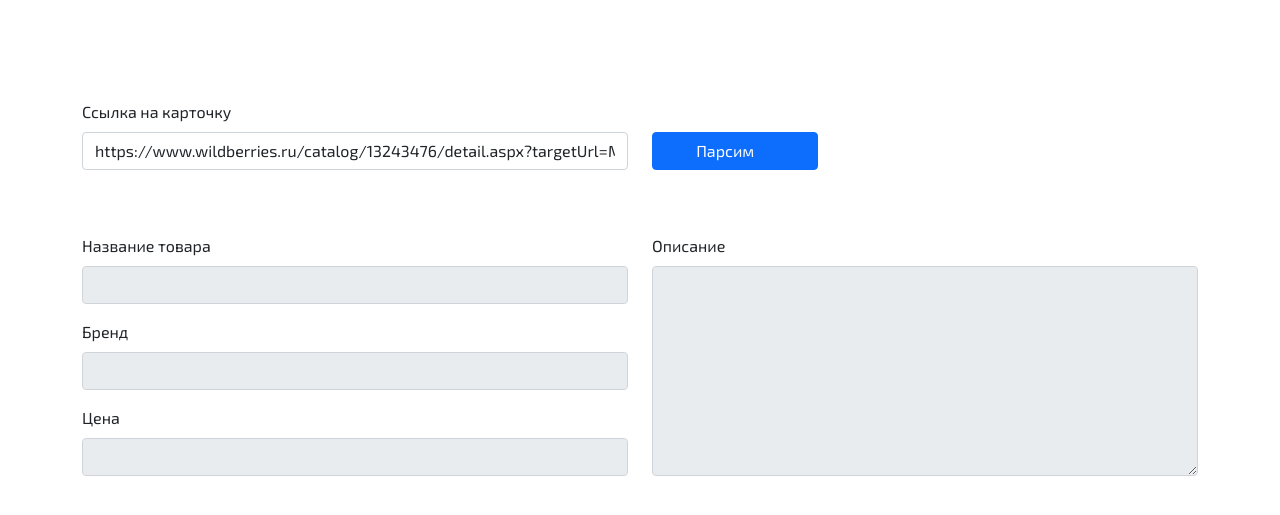
Repository: yozuul/wildberries-product-card-parser-api-exchange
Page: public/panel.html
The author's editor kept a copy of each file at every save. The page is drawn from the files as they stood at one save, then again after the next save.
The browser window is 1280 px wide. The pictures show the whole page.
After loading, the first visible `#parseCard` was clicked once.
The page's requests for data from a server got no answer.

Above is the page before, as saved 2021-08-19 21:05:29.
Console error: TypeError: Cannot set properties of undefined (setting 'extras')

After the next save:
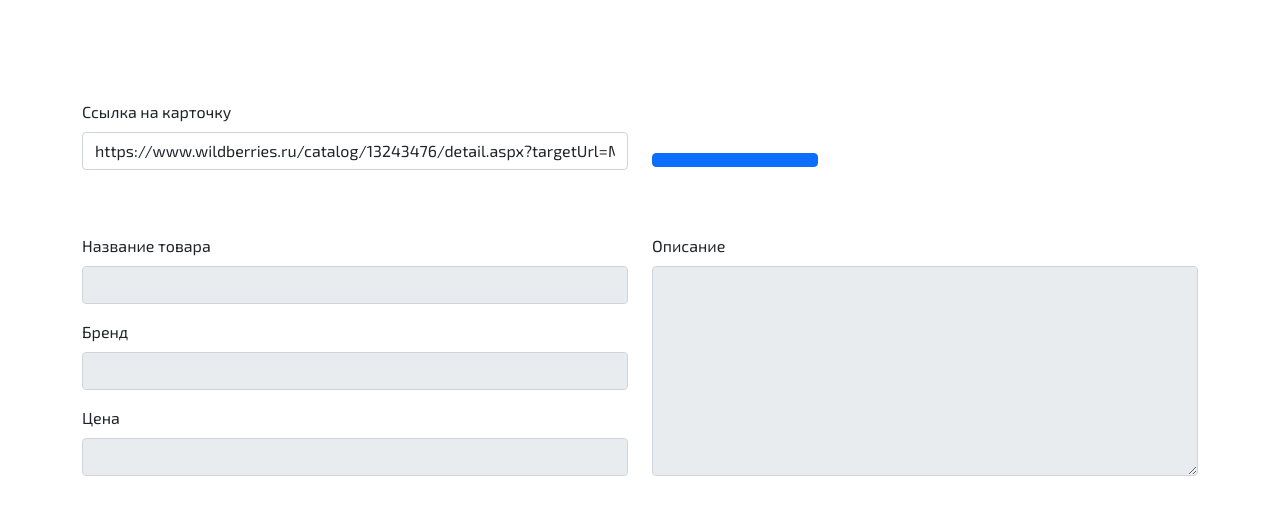
Console error: TypeError: Cannot read properties of undefined (reading 'classList')
Saved 62 s later.
--- a/public/panel.js
+++ b/public/panel.js
@@ -26,9 +26,9 @@ class Panel {
          // Блок изображений
          this.element.productImages_wrapper.classList.add('dn')
          // Включение спиннера парсинга
-         this.element.parseCardInactive.classList.add('dn')
+         this.element.parseCard_inactive.classList.add('dn')
          this.button.parseCard.setAttribute('disbale', '')
-         this.element.parseCardActive.classList.remove('dn')
+         this.element.parseCard_active.classList.remove('dn')
          // Получение данных
          let parseData = await this.apiFetch(this.api.parseCard, {data: input.cardProductURL.value})
          parseData.extras = await this.apiFetch(this.api.getAdditionalCardData, parseData)
@@ -94,9 +94,9 @@ class Panel {
 
       this.button.saveCard.classList.remove('dn')
       // Включение спиннера парсинга
-      this.element.parseCardActive.classList.add('dn')
+      this.element.parseCard_active.classList.add('dn')
       this.button.parseCard.removeAttribute('disbale')
-      this.element.parseCardInactive.classList.remove('dn')
+      this.element.parseCard_inactive.classList.remove('dn')
 
    }
 
@@ -140,7 +140,7 @@ const select = {
 }
 // Интерактивные элементы
 const element = {
-   parseCardInactive: query('#parseCard_inactive'),
+   parseCard_inactive: query('#parseCard_inactive'),
    parseCardActive: query('#parseCard_active'),
    saveCardInactive: query('#saveCard_inactive'),
    saveCardActive: query('#saveCard_active'),
